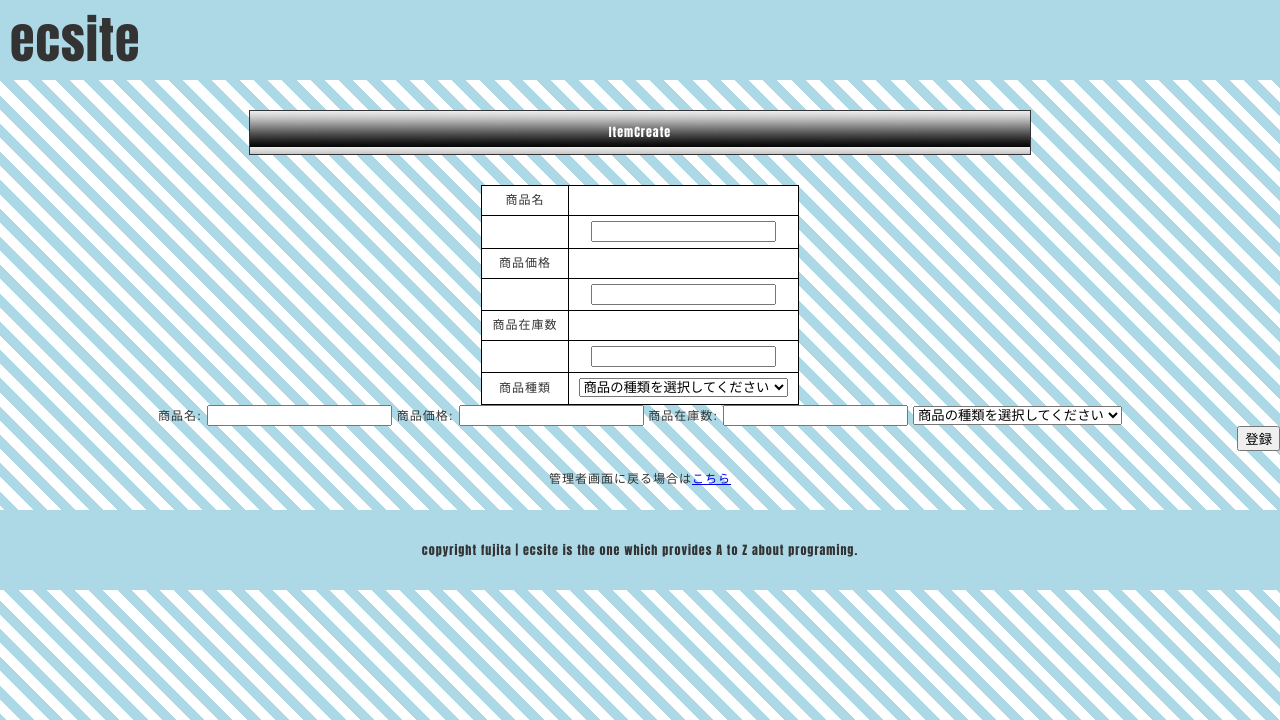
Repository: ryousukefujita-0423/test
Page: http://localhost/ecsite/itemCreate.jsp
The author's editor kept a copy of each file at every save. The page is drawn from the files as they stood at one save, then again after the next save.
The browser window is 1280 px wide. The pictures show the whole page.
The page is served by Tomcat 9. Other server files are loaded and not shown.

Above is the page before, as saved 2019-03-22 03:18:10.

### ecsite/WebContent/itemCreate.jsp
<%@ page language="java" contentType="text/html; charset=UTF-8"
	pageEncoding="UTF-8"%>
<%@ taglib prefix="s" uri="/struts-tags"%>
<!DOCTYPE html>
<html>
<head>
<meta http-equiv="Content-Type" content="text/html; charset=UTF-8" />
<meta http-equiv="Content-Style-Type" content="text/css" />
<meta http-equiv="Content-Script-Type" content="text/javascript" />
<meta http-equiv="imagetoolbar" content="no" />
<meta name="description" content="" />
<meta name="keywords" content="" />
<link rel="stylesheet" type="text/css" href="./css/style.css">
<title>ItemCreate画面</title>
</head>
<body>
	<div id="header">ecsite</div>
	<div id="main">
		<div id="top">
			<p>ItemCreate</p>
		</div>
		<s:if test="errormsg !=''">
			<s:property value="errormsg" />
		</s:if>
		<s:form action="ItemCreateConfirmAction">
			<table>
				<tr>
					<td>商品名</td>
					<td><s:textfield name="item_name" /></td>
				</tr>
				<tr>
					<td>商品価格</td>
					<td><s:textfield name="item_price" /></td>
				</tr>
				<tr>
					<td>商品在庫数</td>
					<td><s:textfield name="item_stock" /></td>
				</tr>
				<tr>
					<td>商品種類</td>
					<td><select name="item_type">
							<option>商品の種類を選択してください</option>
							<option value="1">文房具</option>
							<option value="2">書籍</option>
							<option value="3">電化製品</option>
							<option value="4">食品</option>
							<option value="5">家具</option>
							<option value="6">日用雑貨</option>
					</select></td>
				</tr>


			</table>
			<s:textfield name="item_name" label="商品名" />
			<s:textfield name="item_price" label="商品価格" />
			<s:textfield name="item_stock" label="商品在庫数" />
			<select name="item_type">
				<option>商品の種類を選択してください</option>
				<option value="1">文房具</option>
				<option value="2">書籍</option>
				<option value="3">電化製品</option>
				<option value="4">食品</option>
				<option value="5">家具</option>
				<option value="6">日用雑貨</option>
			</select>
			<s:submit value="登録" />
		</s:form>
		<br>
		<div>
			管理者画面に戻る場合は<a href="http://localhost:8080/ecsite/admin.jsp" />こちら</a>
		</div>
	</div>
	<div id="footer">copyright fujita | ecsite is the one which
		provides A to Z about programing.</div>
</body>
</html>

### ecsite/WebContent/css/style.css
@CHARSET "UTF-8";

body {
	margin: 0;
	padding: 0;
	line-height: 1.6;
	letter-spacing: 1px;
	font-family: Verdana, Helvetica, sans-serif;
	font-size: 12px;
	color: #333;
	background: repeating-linear-gradient(45deg, lightblue, lightblue 10px, white 0,
		white 20px);
}

table {
	text-align: center;
	margin: 0 auto;
	border-collapse: collapse;
}

tr {
	background-color: white;
}

td {
	padding: 5px 10px;
	border: 1px solid black;
}

#top {
	width: 780px;
	margin: 30px auto;
	border: 1px solid #333;
	font-family: impact;
	background-image: url("../img/trbackba.jpg");
	background-position: top left;
	color: white;
	background-color: #eeeeff;
}

#header {
	widht: 100%;
	height: 80px;
	background-color: lightblue;
	line-height: 80px;
	font-family: impact;
	font-size: 50px;
	padding-left: 10px;
}

#kanri {
	clear: both;
	widht: 100%;
	height: 100px;
	line-height: 100px;
	text-align: center;
}

#main {
	widht: 100%;
	height: 100%;
	text-align: center;
	position: relative;
	min-height: 400px;
}

#footer {
	widht: 100%;
	height: 80px;
	background-color: lightblue;
	clear: both;
	font-family: impact;
	line-height: 80px;
	text-align: center;
	bottom: 0;
}

#text-center {
	display: inline-block;
	text-aligin: center;
}

#text-link {
	display: inline-block;
	text-aligin: right;
}

#text-center {
	display: inline-block;
	text-align: center;
}

#left {
	float: left;
	width: 50%;
	height: 200px;
}

#right {
	float: right;
	width: 50%;
	height: 200px;
}

#color {
	widht: 20px;
	height: 50px;
}

#checkbox_hidden {
	display: none;
}

#table_color {
	background-color: white;
}

#sold_color {
	color: red;
	border: 1px solid black;
}

#table_midashi {
	background-image: url("../img/trbackba.jpg");
	background-position: bottom left;
	color: white;
	background-color: #eeeeff;
}

#item_type {
	border-collapse: separate;
	border-spacing: 40px 20px;
}

After the next save:
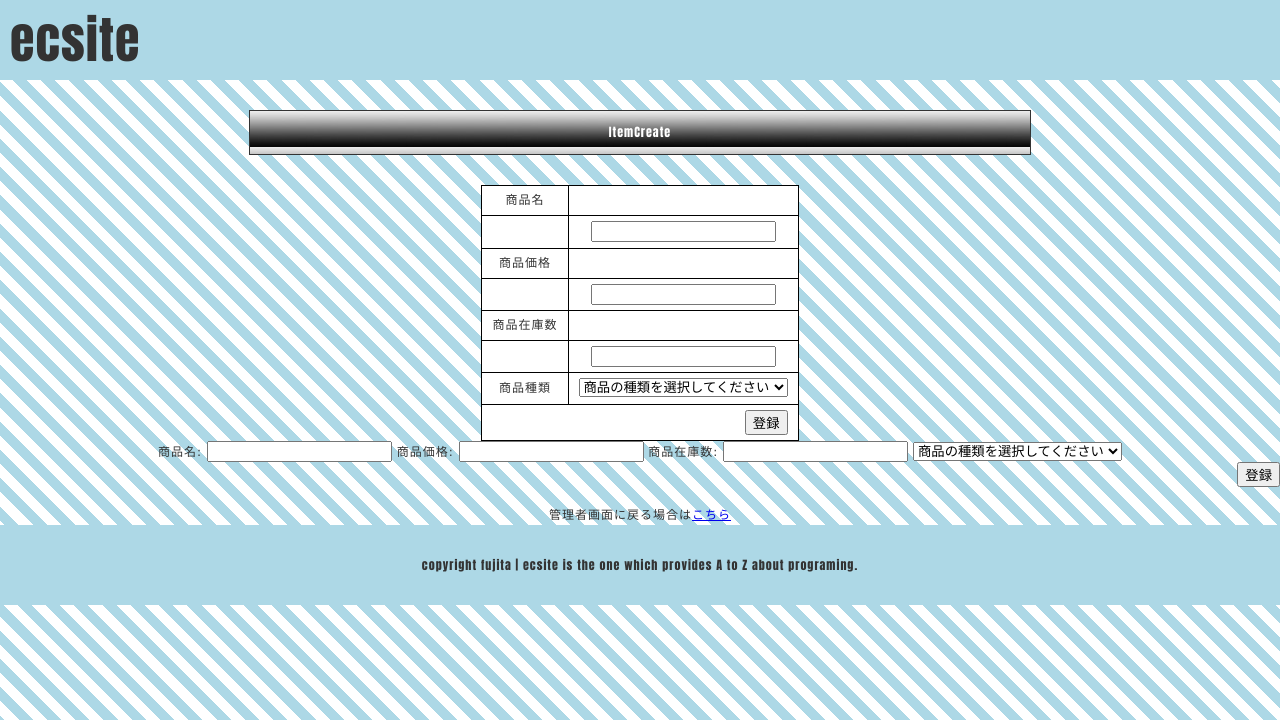
Saved 12 s later.
--- a/ecsite/WebContent/itemCreate.jsp
+++ b/ecsite/WebContent/itemCreate.jsp
@@ -47,6 +47,7 @@
 							<option value="5">家具</option>
 							<option value="6">日用雑貨</option>
 					</select></td>
+					<s:submit value="登録" />
 				</tr>
 
 

After the save that followed:
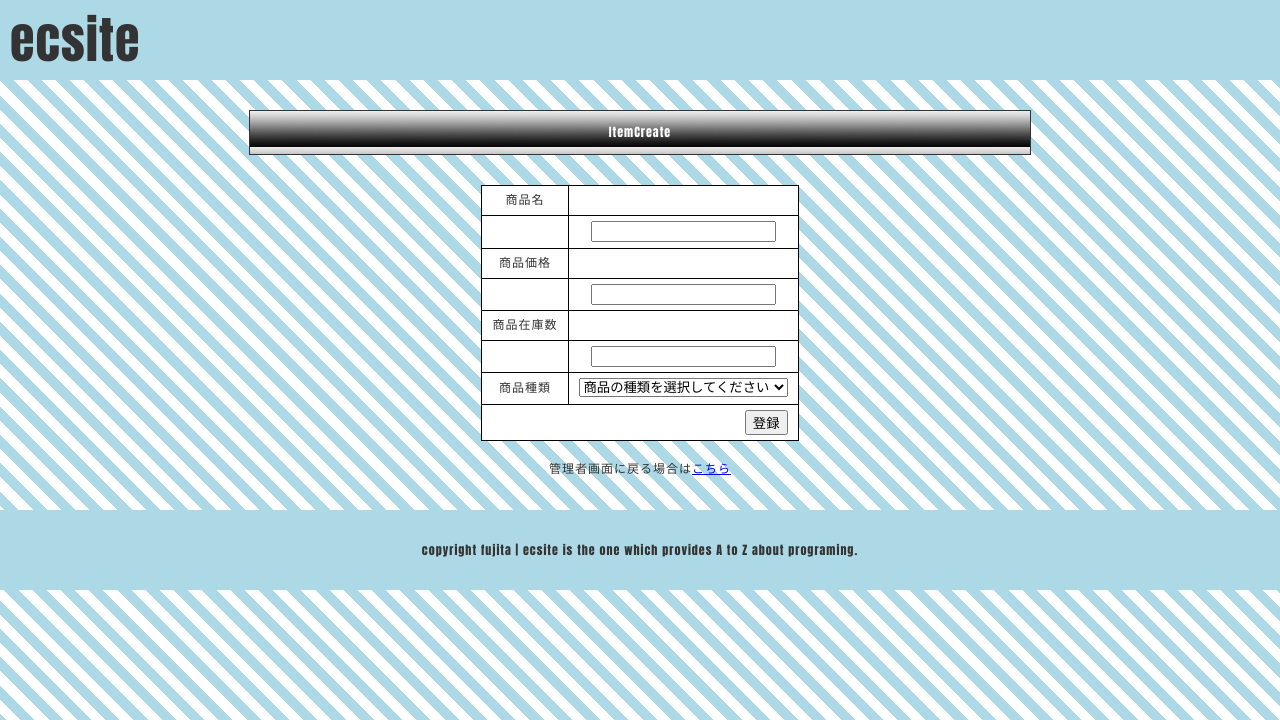
Saved 37 s later.
--- a/ecsite/WebContent/itemCreate.jsp
+++ b/ecsite/WebContent/itemCreate.jsp
@@ -47,24 +47,9 @@
 							<option value="5">家具</option>
 							<option value="6">日用雑貨</option>
 					</select></td>
-					<s:submit value="登録" />
 				</tr>
-
-
+				<s:submit value="登録" />
 			</table>
-			<s:textfield name="item_name" label="商品名" />
-			<s:textfield name="item_price" label="商品価格" />
-			<s:textfield name="item_stock" label="商品在庫数" />
-			<select name="item_type">
-				<option>商品の種類を選択してください</option>
-				<option value="1">文房具</option>
-				<option value="2">書籍</option>
-				<option value="3">電化製品</option>
-				<option value="4">食品</option>
-				<option value="5">家具</option>
-				<option value="6">日用雑貨</option>
-			</select>
-			<s:submit value="登録" />
 		</s:form>
 		<br>
 		<div>
